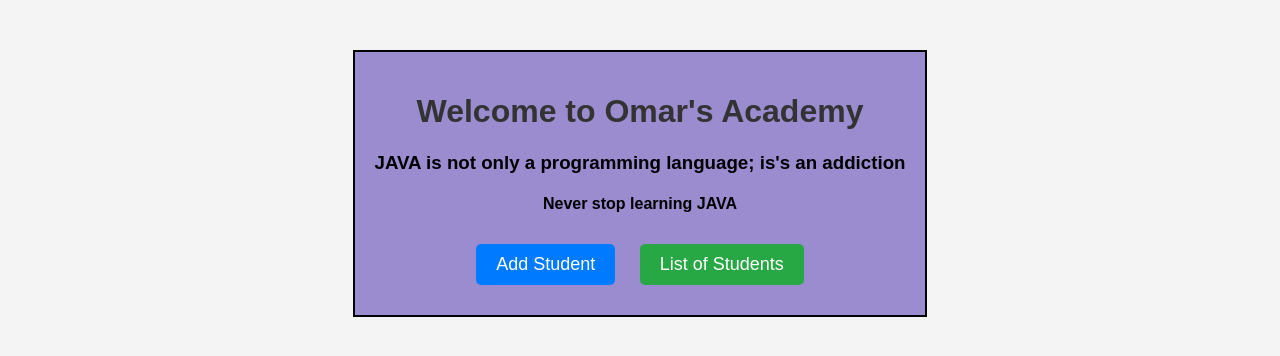
Repository: OmarFaruq97/JspServlet
Page: http://localhost/Form/
These files come from the project's save history. The page is drawn as it stood at one moment and after the next save; the edit follows.
The browser window is 1280 px wide. The pictures show the whole page.
The page is served by Tomcat 9.

Above is the page before, as saved 2025-02-07 16:38:25.

After the next save:
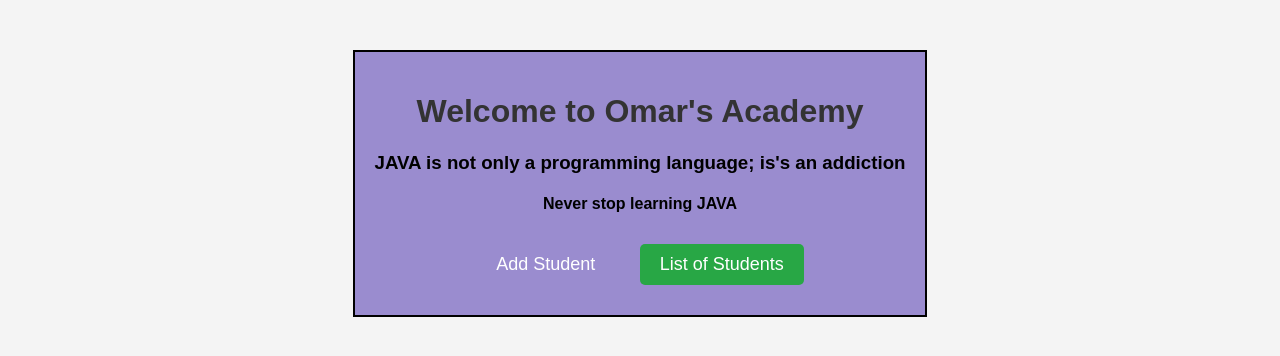
Saved 60 s later.
--- a/Form/src/main/webapp/index.jsp
+++ b/Form/src/main/webapp/index.jsp
@@ -45,12 +45,6 @@
     color: white;
 }
 
-.blue-btn {
-    background-color: #007BFF;
-     transition: all 0.3s ease;
-
-}
-
 .green-btn {
     background-color: #28A745;
     color: white; /* Ensures text is visible */
@@ -61,10 +55,12 @@
     transition: background-color 0.3s ease-in-out;
 }
 
-.green-btn:hover {
-    background-color: #218838; /* Darker green on hover */
+
+
+.green-btn {
+    background-color: #28A745;
+
 }
-
 
 .yellow-btn {
     background-color: #FFC107;
